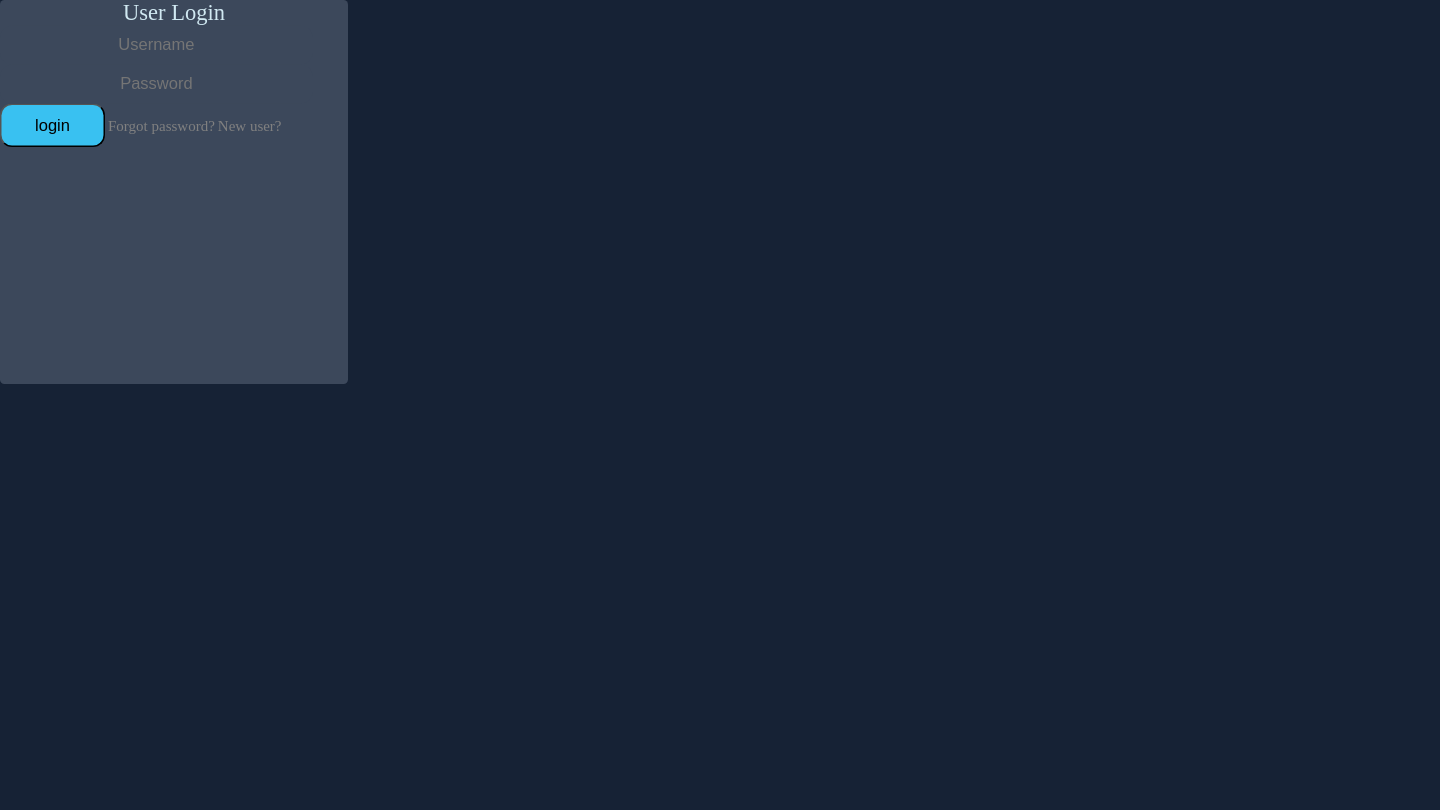
Repository: leystra019/nea
Page: html/user login.html
An editor plug-in stored every save of this project. The page is shown before and after the next save, followed by the edit.
The browser window is 1280 px wide. The page is 1920 px wide, so the pictures cover 1920 px, including what lies to the right of the window. The pictures show the whole page, at 75% of full size.

Above is the page before, as saved 2022-12-12 09:40:58.

### html/user login.html

<!DOCTYPE html>
<html lang="en">
<head>
    <meta charset="UTF-8">
    <meta http-equiv="X-UA-Compatible" content="IE=edge">
    <meta name="viewport" content="width=device-width, initial-scale=1.0">
    <title>Login_system</title>
    <link href="/neatest/css/login.css" rel="stylesheet" type="text/css">
</head>
<body>
    <div class="background">
        <div class="ln-card">
            <div class="title">User Login</div>
            <form action="/neatest/php/main php/authlogin.php" method="post">
                <input type="username" name="username" id="username" class="logbox" placeholder="Username">
                <input type="password" name="password" class="logbox" id="password" placeholder="Password">
                <input type="submit" value="login" class="submbtn" id="button">
                <a href="/neatest/html/passwordcheck.html">Forgot password?</a>
                <a href="registration.html">New user?</a>
            </form>
        </div>



    </div>
</body>
</html>

### css/login.css
* {
    margin: 0px !important;
    padding: 0px !important;
    text-decoration: none;

  }

.background {
  width: 1920px;
  height: 1080px;
  background-color: #162235;
  padding-top: 123px;

}


.ln-card {
    height: 512px;
    width: 464px;
    background-color: #3C485B;
    border: 0px;
    padding-top: 46px;
    border-radius: 6px;



}

.title {
  font-size: 30px;
  text-align: center;
  color: #D1E9F2;
  text-align: center;
  padding-top: 32px;
  padding-bottom: 42px;
}

b {
  font-size: 22px;
  margin-left: 60px;
  margin-bottom: 0;

}

.profile-img {
  height: 204px;
  margin-top: 96px;
  margin-left: 184px;
  width: 255px;
}

.logbox {
  margin-left: 104px;
  margin-right: 104px;
  border-radius: 16px;
  border: 1px;
  height: 52px;
  width: 417px;
  background-color: #3C485B;
  border-color: #c0c0c0;
  font-size: 22px;
  text-align: center;
  margin-top: 43px;
  color: grey;


}

.submbtn {
  position: sticky;
  margin-top: 25px;
  margin-left: 250px;
  margin-bottom: 40px;
  width: 140px;
  height: 58px;
  background-color: #39C1F1;
  text-align: center;
  border-radius: 16px;
  font-size: 22px;

}

.login form input[type="submit"]:hover {
	background-color: #2868c7;
  	transition: background-color 0.2s;
}

a {
  font-size: 20px;
  margin-left: 5px;
  color: grey;

}

After the next save:
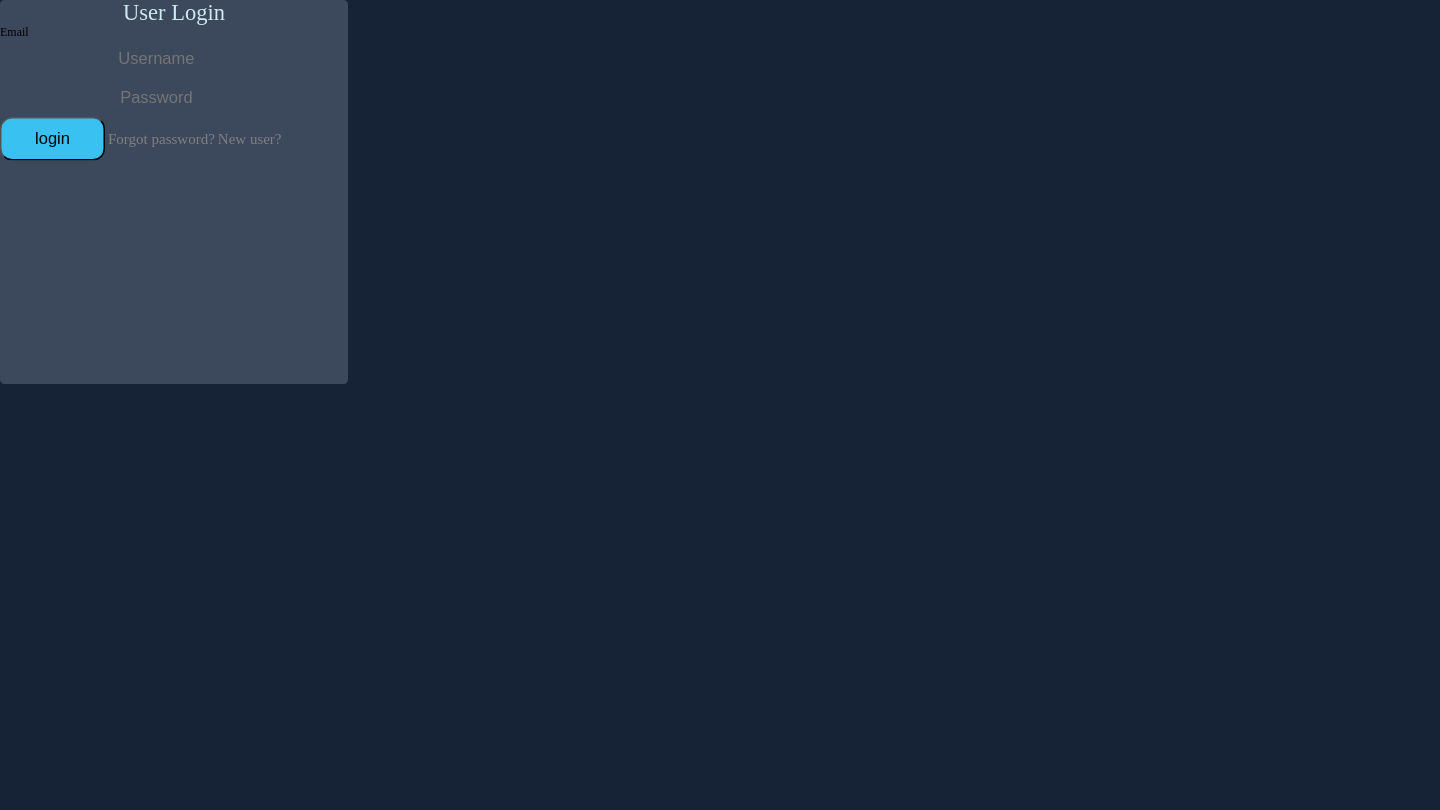
Saved 48 s later.
--- a/html/user login.html
+++ b/html/user login.html
@@ -13,6 +13,7 @@
         <div class="ln-card">
             <div class="title">User Login</div>
             <form action="/neatest/php/main php/authlogin.php" method="post">
+                <header>Email</header>
                 <input type="username" name="username" id="username" class="logbox" placeholder="Username">
                 <input type="password" name="password" class="logbox" id="password" placeholder="Password">
                 <input type="submit" value="login" class="submbtn" id="button">
